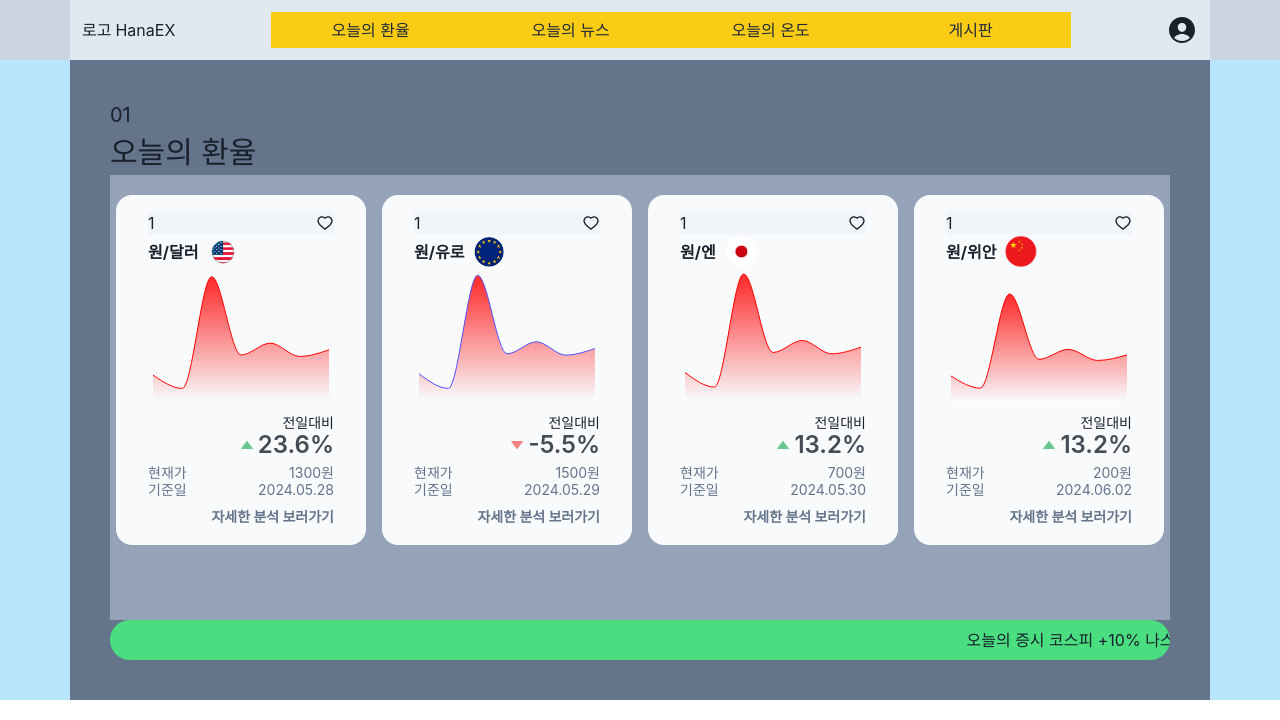
Repository: HANAEX/FRONT
Page: /
The author's editor kept a copy of each file at every save. The page is drawn from the files as they stood at one save, then again after the next save.
The browser window is 1280 px wide. The pictures show the whole page.
The project was rebuilt for these pictures with package versions that can differ from the ones it lists, and the page was loaded fresh each time. Also part of the build but not shown: src/pages/LoginPage.js, src/pages/MyPage.js, src/components/Toggle.js, src/components/SementicCard.js, src/pages/SemanticPage.js, src/components/NewsCard.js, src/pages/NewsPage.js, src/components/CloudChart.js and 6 more.

Above is the page before, as saved 2024-08-13 19:54:02.

After the next save:
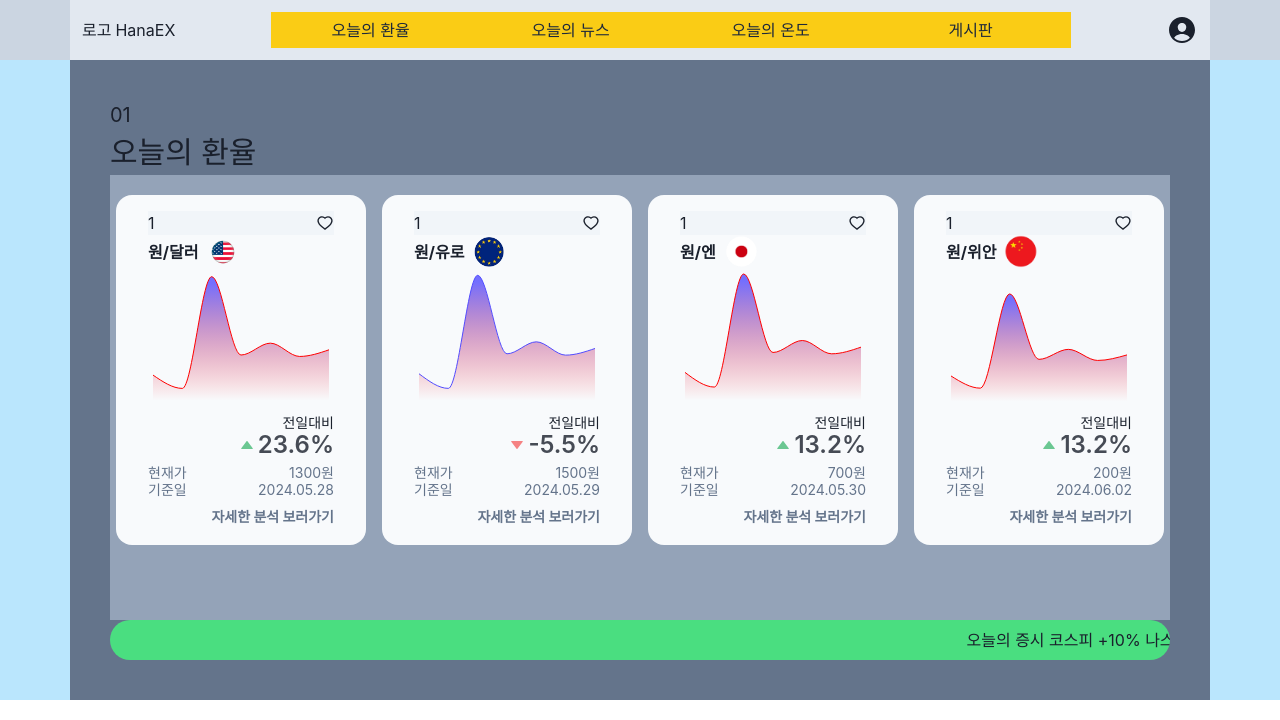
Saved 3 min 43 s later.
--- a/src/components/ChartCard.js
+++ b/src/components/ChartCard.js
@@ -45,7 +45,7 @@
         <AreaChart width={300} height={100} data={chartData}>
           <defs>
             <linearGradient id="colorPv" x1="0" y1="0" x2="0" y2="1">
-              <stop offset="5%" stopColor={increase >= 0 ? '#FF0000' : '#524CFF'} stopOpacity={0.8}/>
+              <stop offset="5%" stopColor="#524CFF" stopOpacity={0.8}/>
               <stop offset="95%" stopColor={increase >= 0 ? '#FF0000' : '#524CFF'} stopOpacity={0}/>
             </linearGradient>
           </defs>

After the save that followed:
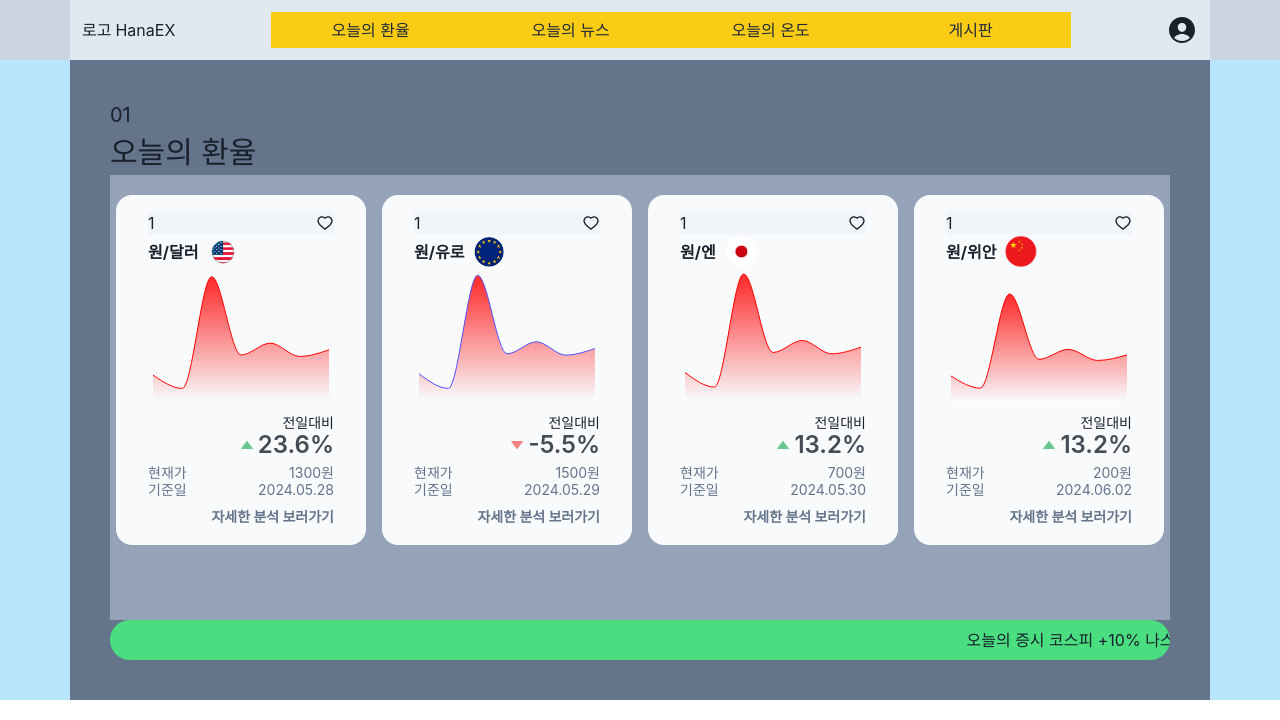
Saved 10 s later.
--- a/src/components/ChartCard.js
+++ b/src/components/ChartCard.js
@@ -45,7 +45,7 @@
         <AreaChart width={300} height={100} data={chartData}>
           <defs>
             <linearGradient id="colorPv" x1="0" y1="0" x2="0" y2="1">
-              <stop offset="5%" stopColor="#524CFF" stopOpacity={0.8}/>
+              <stop offset="5%" stopColor={increase >= 0 ? '#FF0000' : '#524CFF'} stopOpacity={0.8}/>
               <stop offset="95%" stopColor={increase >= 0 ? '#FF0000' : '#524CFF'} stopOpacity={0}/>
             </linearGradient>
           </defs>
